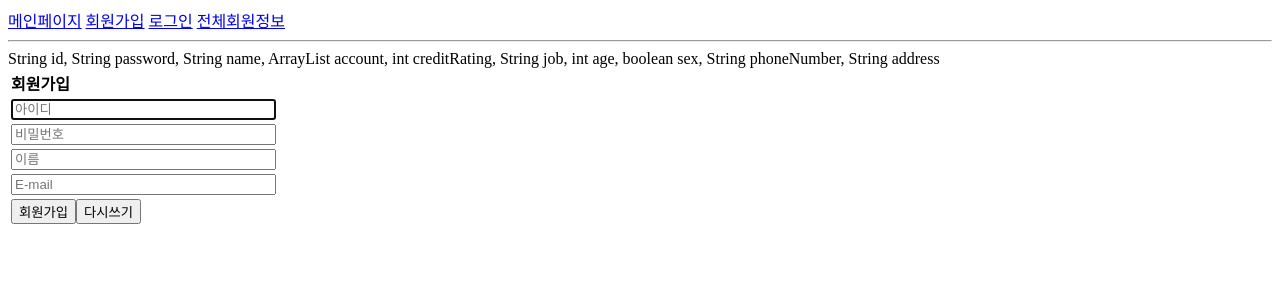
Repository: fellownew/web_workspace
Page: http://localhost/BankSystem_FrontController/WEB-INF/view/member/register_form.jsp
These files come from the project's save history. The page is drawn as it stood at one moment and after the next save; the edit follows.
The browser window is 1280 px wide. The pictures show the whole page.
The page is served by Tomcat 9. Nobody is signed in. The template is opened directly, without the code that normally fills it, so the values that code supplies are empty.

Above is the page before, as saved 2015-04-09 10:00:00.

After the next save:
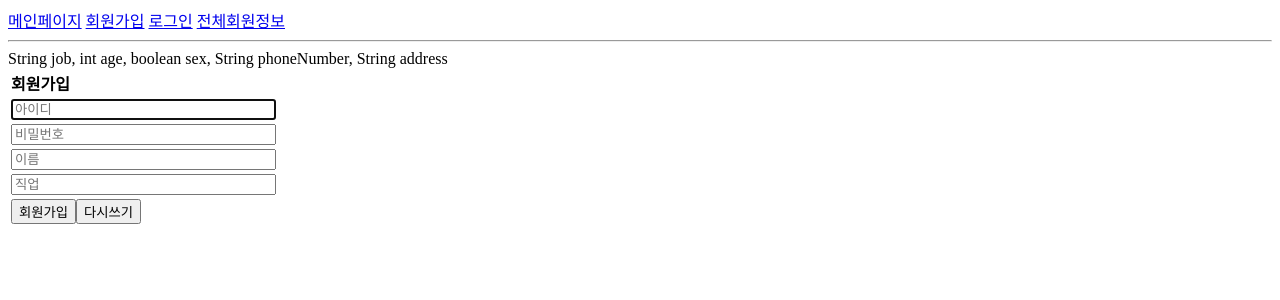
Saved 44 s later.
--- a/BankSystem_FrontController/WebContent/WEB-INF/view/member/register_form.jsp
+++ b/BankSystem_FrontController/WebContent/WEB-INF/view/member/register_form.jsp
@@ -11,8 +11,8 @@
 	<c:if test="${not empty sessionScope.failMessage }">
 		<c:remove var="failMessage" scope="session"/>
 	</c:if>
-	String id, String password, String name,
-			ArrayList<Account> account, int creditRating, String job, int age,
+
+String job, int age,
 			boolean sex, String phoneNumber, String address
 
 <form action="/BankSystem_FrontController/controller" method="post">
@@ -31,7 +31,7 @@
 			<td><input type="text" name="name" size="30" placeholder="이름" required="required" maxlength="15"></td>
 		</tr>
 		<tr>
-			<td><input type="email" name="email" size="30" placeholder="E-mail" required="required" maxlength="40"></td>
+			<td><input type="text" name="job" size="30" placeholder="직업" required="required" maxlength="20"></td>
 		</tr>
 		<tr>
 			<td><input type="submit" value="회원가입"><input type="reset" value="다시쓰기"> </td>
